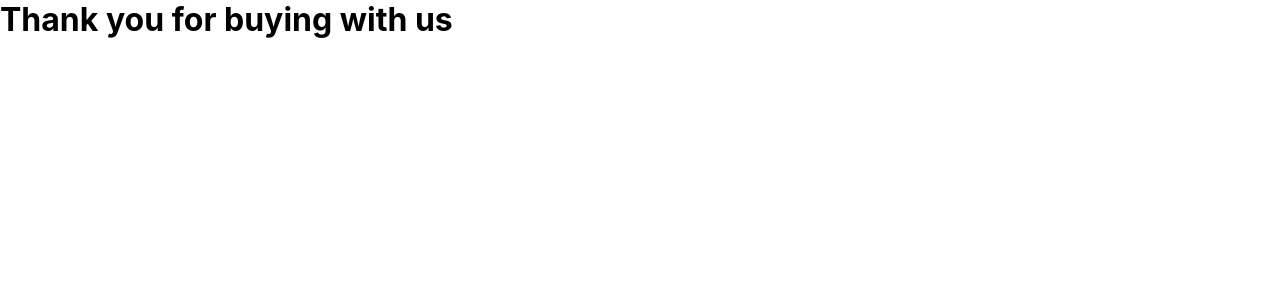
Repository: Yowani24/ecocarbon
Page: /successPage
The author's editor kept a copy of each file at every save. The page is drawn from the files as they stood at one save, then again after the next save.
The browser window is 1280 px wide. The pictures show the whole page.
The project was rebuilt for these pictures with package versions that can differ from the ones it lists, and the page was loaded fresh each time. The framework's server and built-in components were replaced by stand-ins that run in the browser. Also part of the build but not shown: next.config.js.

Above is the page before, as saved 2021-09-29 20:06:35.

After the next save:
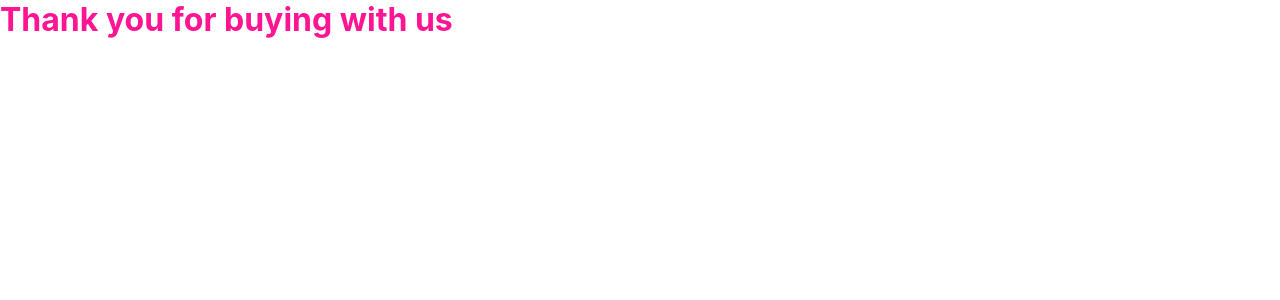
Saved 11 min 8 s later.
--- a/pages/successPage.js
+++ b/pages/successPage.js
@@ -1,9 +1,14 @@
 import React from 'react';
+import styled from 'styled-components';
 
 export default function successPage(props) {
     return (
-        <div className="thank_You_Message">
+        <Thankyou>
             <h1>Thank you for buying with us</h1>
-        </div>
+        </Thankyou>
     );
 }
+
+const Thankyou = styled.div`
+    color: deeppink;
+`
